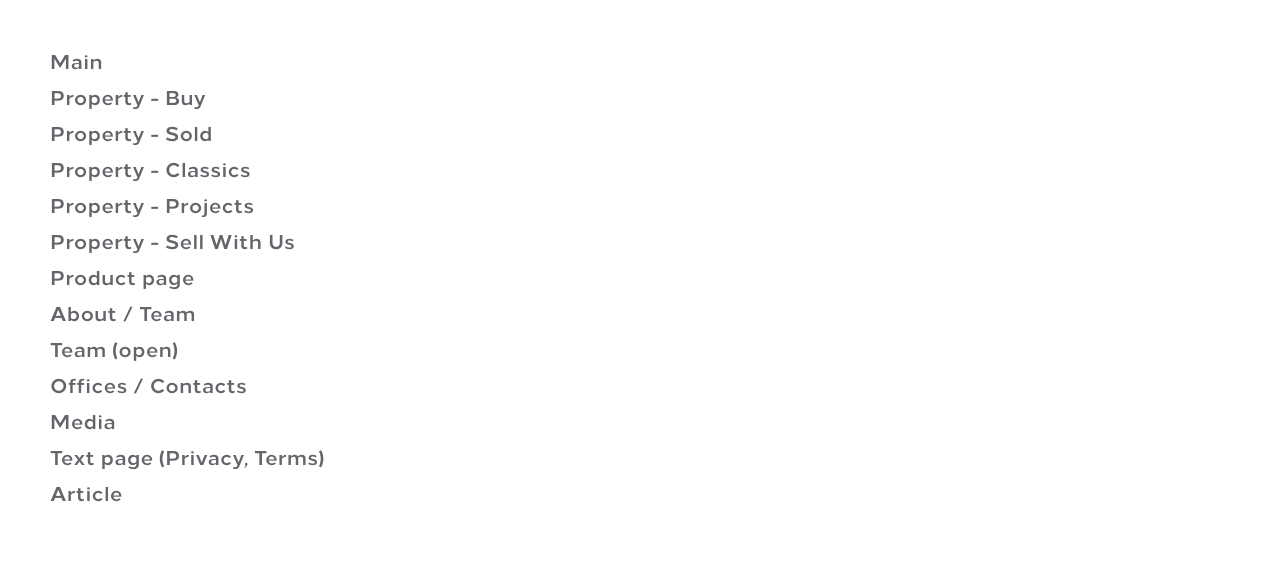
Repository: TarasDutchak/srb
Page: sitemap.html
These files come from the project's save history. The page is drawn as it stood at one moment and after the next save; the edit follows.
The browser window is 1280 px wide. The pictures show the whole page.

Above is the page before, as saved 2024-08-05 08:38:54.
Console error: ReferenceError: Swiper is not defined

After the next save:
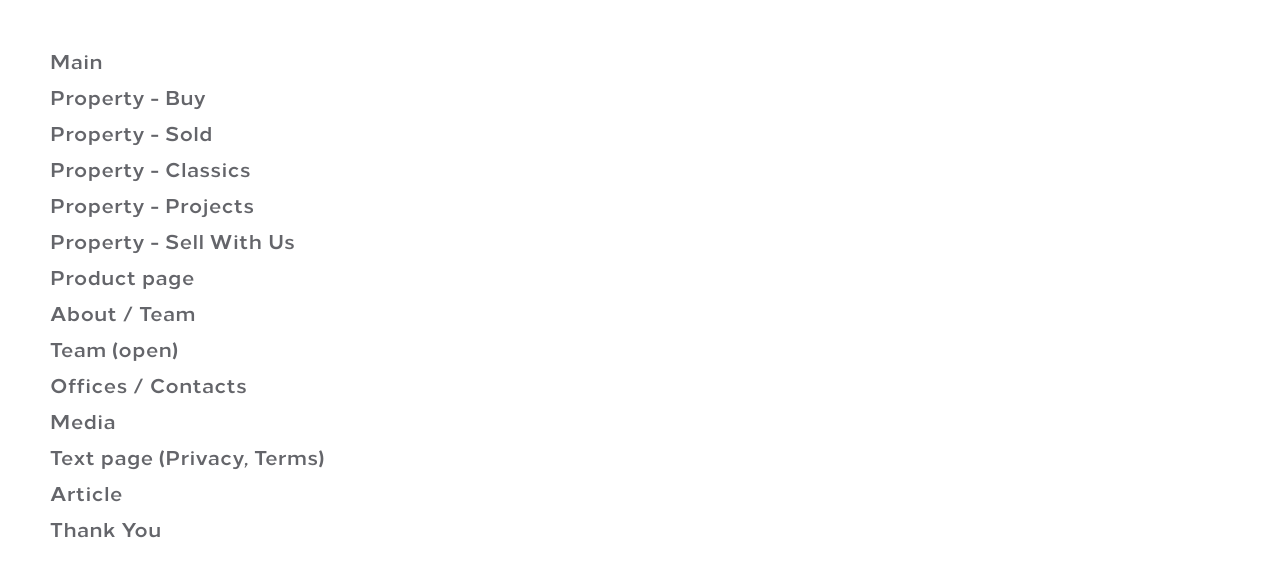
Saved 3 days later.
--- a/sitemap.html
+++ b/sitemap.html
@@ -27,6 +27,7 @@
             <li><a href="media.html" target="_blank">Media</a></li>
             <li><a href="textpage.html" target="_blank">Text page (Privacy, Terms)</a></li>
             <li><a href="article.html" target="_blank">Article</a></li>
+            <li><a href="ty.html" target="_blank">Thank You</a></li>
         </ul>
     </div>
 
